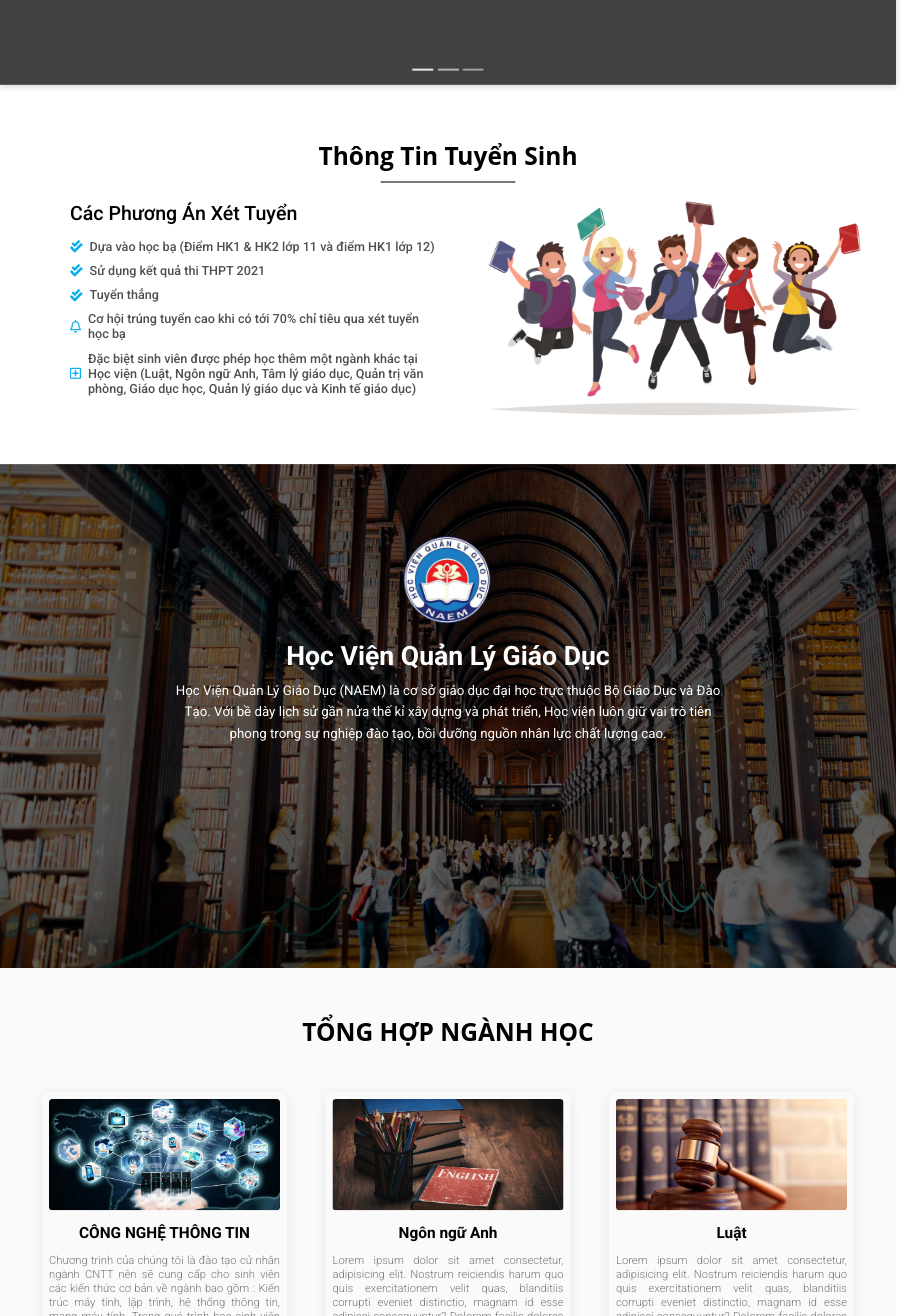
Repository: hongphuck1/trangweb1
Page: index.html
The author's editor kept a copy of each file at every save. The page is drawn from the files as they stood at one save, then again after the next save.
The browser window is 1280 px wide. The page is 1288 px wide, so the pictures cover 1288 px, including what lies to the right of the window. The pictures show the part of the page from y = 540 to 2420 px (the page is 4941 px tall), at 70% of full size.
Pictures or frames that could not be fetched are drawn as grey boxes.

Above is the page before, as saved 2021-09-07 09:55:21.

### index.html
<!DOCTYPE html>
<html lang="en">

<head>
  <meta charset="UTF-8" />
  <meta name="viewport" content="width=device-width, initial-scale=1, shrink-to-fit=no" />
  <meta http-equiv="x-ua-compatible" content="ie=edge" />
  <title>Material Design for Bootstrap</title>
  <!-- MDB icon -->
  <link rel="icon" href="img/SSS1.png" type="image/x-icon" />
  <!-- Font Awesome -->
  <link rel="stylesheet" href="https://use.fontawesome.com/releases/v5.15.2/css/all.css" />
  <!-- Google Fonts Roboto -->
  <link rel="stylesheet" href="https://fonts.googleapis.com/css2?family=Roboto:wght@300;400;500;700;900&display=swap" />
  <!-- MDB -->
  <link rel="stylesheet" href="css/style.css" />
  <link rel="stylesheet" href="css/base.css" />
  <link rel="stylesheet" href="css/grid.css" />
  <link rel="stylesheet" href="css/mdb.min.css" />
</head>

<body>
  <!-- Start your project here-->
  <div class="main">
    <!--Main Navigation-->
    <header>


      <!-- Navbar -->
      <nav class="navbar--opacity navbar navbar-expand-lg navbar-light fixed-top mask-custom shadow-0">
        <div class="container">

          <a class="navbar-brand nav-link" target="_blank" href="https://mdbootstrap.com/docs/standard/">
            <strong style="font-size: 2.2rem;">MRC</strong>
          </a>
          <button class="navbar-toggler navbar-toggler--opacity" type="button" data-mdb-toggle="collapse"
            data-mdb-target="#navbarSupportedContent" aria-controls="navbarSupportedContent" aria-expanded="false"
            aria-label="Toggle navigation">
            <i style="color: #ccc" class="fas fa-bars"></i>
          </button>
          <div class="collapse navbar-collapse" id="navbarSupportedContent">
            <ul class="navbar-nav me-auto mb-2 mb-lg-0">
              <li class="nav-item active">
                <a class="nav-link" aria-current="page" href="#intro">Giới thiệu</a>
              </li>
              <li class="nav-item">
                <a class="nav-link" href="https://www.facebook.com/MRC.NAEM" rel="nofollow" target="_blank">Hỏi đáp</a>
              </li>
              <li class="nav-item">
                <a class="nav-link" href="https://www.facebook.com/MRC.NAEM" target="_blank">Bài viết</a>
              </li>
              <li class="nav-item">
                <a class="nav-link" href="https://www.facebook.com/messages/t/101815085369835" target="_blank">Liên
                  hệ</a>
              </li>
            </ul>
            <ul class="navbar-nav list-inline">
              <!-- Icons -->
              <li class="">
                <a class="nav-link" href="https://www.youtube.com/channel/UCjl0s7v8m8V4IzuAS1fH-iA" rel="nofollow"
                  target="_blank">
                  <i class="fab fa-youtube"></i>
                </a>
              </li>
              <li class="">
                <a class="nav-link" href="https://www.facebook.com/MRC.NAEM" rel="nofollow" target="_blank">
                  <i class="fab fa-facebook-f"></i>
                </a>
              </li>
              <li class="nav-item">
                <a class="nav-link" href="https://www.tiktok.com/@mrcnaem" rel="nofollow" target="_blank">
                  <i class="fab fa-tiktok"></i>
                </a>
              </li>
              <li class="nav-item">
                <a class="nav-link" href="tel: 0349167687" rel="nofollow" target="_blank">
                  <i class="fas fa-envelope"></i>
                </a>
              </li>
            </ul>
          </div>
        </div>
      </nav>

      <!-- Carousel wrapper -->
      <div id="introCarousel" class="carousel slide carousel-fade shadow-2-strong" data-mdb-ride="carousel">
        <!-- Indicators -->
        <ol class="carousel-indicators">
          <li data-mdb-target="#introCarousel" data-mdb-slide-to="0" class="active"></li>
          <li data-mdb-target="#introCarousel" data-mdb-slide-to="1"></li>
          <li data-mdb-target="#introCarousel" data-mdb-slide-to="2"></li>
        </ol>

        <!-- Inner -->
        <div class="carousel-inner">
          <!-- Single item -->
          <div class="carousel-item active">
            <div class="mask" style="background-color: rgba(0, 0, 0, 0.6);">
              <div class="d-flex justify-content-center align-items-center h-100">
                <div class="text-white text-center">
                  <h1 style="font-size: 2.4rem;" class="mb-3">CLB TUYỂN SINH VÀ TRUYỀN THÔNG - MRC NAEM</h1>
                  <h5 style="font-size: 1.2rem;" class="mb-4">Hỗ trợ tư vấn - hướng nghiệp, trả lời những thắc mắc cho
                    học sinh và phụ huynh.</h5>

                  <a style="font-size: 1.8rem; " class="btn-DANGKI btn btn-outline-light btn-lg m-2"
                    href="https://www.facebook.com/MRC.NAEM" target="_blank" role="button">Đăng kí ngay</a>
                </div>
              </div>
            </div>
          </div>

          <!-- Single item -->
          <div class="carousel-item">
            <div class="mask" style="background-color: rgba(0, 0, 0, 0.3);">
              <div class="d-flex justify-content-center align-items-center h-100">
                <div class="text-white text-center">
                  <h1 style="font-size: 2.4rem;" class="mb-3">CLB TUYỂN SINH VÀ TRUYỀN THÔNG - MRC NAEM</h1>
                  <h5 style="font-size: 1.2rem;" class="mb-4">Hỗ trợ tư vấn - hướng nghiệp, trả lời những thắc mắc cho
                    học sinh và phụ huynh.</h5>

                  <a style="font-size: 1.8rem; " class="btn-DANGKI btn btn-outline-light btn-lg m-2"
                    href="https://www.facebook.com/MRC.NAEM" target="_blank" role="button">Đăng kí ngay</a>
                </div>
              </div>
            </div>
          </div>

          <!-- Single item -->
          <div class="carousel-item">
            <div class="mask" style="
                background: linear-gradient(
                  45deg,
                  rgba(29, 236, 197, 0.7),
                  rgba(91, 14, 214, 0.7) 100%
                );
              ">
              <div class="d-flex justify-content-center align-items-center h-100">
                <div class="text-white text-center">
                  <h1 style="font-size: 2.4rem;" class="mb-3">CLB TUYỂN SINH VÀ TRUYỀN THÔNG - MRC NAEM</h1>
                  <h5 style="font-size: 1.2rem;" class="mb-4">Hỗ trợ tư vấn - hướng nghiệp, trả lời những thắc mắc cho
                    học sinh và phụ huynh.</h5>

                  <a style="font-size: 1.8rem; " class="btn-DANGKI btn btn-outline-light btn-lg m-2"
                    href="https://www.facebook.com/MRC.NAEM" target="_blank" role="button">Đăng kí ngay</a>
                </div>
              </div>
            </div>
          </div>
        </div>
        <!-- Inner -->

        <!-- Controls -->
        <a class="carousel-control-prev" href="#introCarousel" role="button" data-mdb-slide="prev">
          <span class="carousel-control-prev-icon" aria-hidden="true"></span>
          <span class="sr-only">Previous</span>
        </a>
        <a class="carousel-control-next" href="#introCarousel" role="button" data-mdb-slide="next">
          <span class="carousel-control-next-icon" aria-hidden="true"></span>
          <span class="sr-only">Next</span>
        </a>
      </div>
      <!-- Carousel wrapper -->
    </header>


    <section>
      <div class="container-body">
        <div class="container-body-name">
          <h1>Thông Tin Tuyển Sinh</h1>
        </div>

        <div class="row">
          <div class="col l-6">
            <div class="container-body-content">
              <h2 class="container-body-content__name">Các Phương Án Xét Tuyển</h2>
              <div class="container-body-content-attention">
                <i class="fas fa-check-double"></i>
                <h4>Dựa vào học bạ (Điểm HK1 & HK2 lớp 11 và điểm HK1 lớp 12)</h4>
              </div>
              <div class="container-body-content-attention">
                <i class="fas fa-check-double"></i>
                <h4>Sử dụng kết quả thi THPT 2021</h4>
              </div>
              <div class="container-body-content-attention">
                <i class="fas fa-check-double"></i>

                <h4>Tuyển thẳng</h4>
              </div>
              <div class="container-body-content-attention">
                <i class="far fa-bell"></i>
                <h4>Cơ hội trúng tuyển cao khi có tới 70% chỉ tiêu qua xét tuyển học bạ</h4>
              </div>
              <div class="container-body-content-attention">
                <i class="far fa-plus-square"></i>
                <h4>Đặc biệt sinh viên được phép học thêm một ngành khác tại Học viện (Luật, Ngôn ngữ Anh, Tâm lý giáo
                  dục, Quản trị văn phòng, Giáo dục học, Quản lý giáo dục và Kinh tế giáo dục)</h4>
              </div>
            </div>
          </div>
          <div class="col l-6">
            <div class="container-body-img">
              <img src="img/klipartz.com_-1024x586.png" alt="">
            </div>
          </div>
        </div>


      </div>

      <div class="container-body-review">
        <div class="grid wide">
          <div class="row">
            <div class="col l-12">
              <img src="img/1-1.png" alt="">
              <div class="container-body-review__name">
                Học Viện Quản Lý Giáo Dục
              </div>
              <div class="container-body-review__title">
                Học Viện Quản Lý Giáo Dục (NAEM) là cơ sở giáo dục đại học trực thuộc Bộ Giáo Dục và Đào Tạo. Với bề dày
                lịch sử gần nửa thế kỉ xây dựng và phát triển, Học viện luôn giữ vai trò tiên phong trong sự nghiệp đào
                tạo, bồi dưỡng nguồn nhân lực chất lượng cao.
              </div>
            </div>
          </div>
        </div>
      </div>

      <div class="container-body-subjects">
        <h1>TỔNG HỢP NGÀNH HỌC</h1>

        <div class="grid wide">
          <div class="row">
            <div class="col l-4">
              <div class="container-body-subject">
                <img src="img/congnghethongtin.png" alt="">
                <h2>CÔNG NGHỆ THÔNG TIN</h2>
                <h4>Chương trình của chúng tôi  là đào tạo cử nhân ngành CNTT nên sẽ cung cấp cho sinh viên các kiến thức cơ bản về ngành bao gồm : Kiến trúc máy tính, lập trình, hệ thống thông tin, mạng máy tính. Trong quá trình học sinh viên sẽ được định hướng và học chuyên sâu theo các ngành hẹp: Khoa học máy tính; hệ thống thông tin; mạng và truyền thông.
                  Đây là những kiến thức cốt lõi và là cơ sở cho các chuyên ngành hẹp sau này.</h4>
              </div>
            </div>
            <div class="col l-4">
              <div class="container-body-subject">
                <img src="img/ngonguanh.png" alt="">
                <h2>Ngôn ngữ Anh</h2>
                <h4>Lorem ipsum dolor sit amet consectetur, adipisicing elit. Nostrum reiciendis harum quo quis
                  exercitationem velit quas, blanditiis corrupti eveniet distinctio, magnam id esse adipisci
                  consequuntur? Dolorem facilis dolores voluptates cumque?</h4>
              </div>
            </div>
            <div class="col l-4">
              <div class="container-body-subject">
                <img src="img/luat.png" alt="">
                <h2>Luật</h2>
                <h4>Lorem ipsum dolor sit amet consectetur, adipisicing elit. Nostrum reiciendis harum quo quis
                  exercitationem velit quas, blanditiis corrupti eveniet distinctio, magnam id esse adipisci
                  consequuntur? Dolorem facilis dolores voluptates cumque?</h4>
              </div>
            </div>

          </div>
          <div class="row">
            <div class="col l-4">
              <div class="container-body-subject">
                <img src="img/quantrivanphong.png" alt="">
                <h2>Quản trị văn phòng</h2>
                <h4>Lorem ipsum dolor sit amet consectetur, adipisicing elit. Nostrum reiciendis harum quo quis
                  exercitationem velit quas, blanditiis corrupti eveniet distinctio, magnam id esse adipisci
                  consequuntur? Dolorem facilis dolores voluptates cumque?</h4>
              </div>
            </div>
            <div class="col l-4">
              <div class="container-body-subject">
                <img src="img/kinhtegiaoduc.png" alt="">
                <h2>Kinh tế giáo dục</h2>
                <h4>Lorem ipsum dolor sit amet consectetur, adipisicing elit. Nostrum reiciendis harum quo quis
                  exercitationem velit quas, blanditiis corrupti eveniet distinctio, magnam id esse adipisci
                  consequuntur? Dolorem facilis dolores voluptates cumque?</h4>
              </div>
            </div>
            <div class="col l-4">
              <div class="container-body-subject">
                <img src="img/quanlygiaoduc.png" alt="">
                <h2>
                  Quản lý giáo dục</h2>
                <h4>Lorem ipsum dolor sit amet consectetur, adipisicing elit. Nostrum reiciendis harum quo quis
                  exercitationem velit quas, blanditiis corrupti eveniet distinctio, magnam id esse adipisci
                  consequuntur? Dolorem facilis dolores voluptates cumque?</h4>
              </div>
            </div>

          </div>
          <div class="row">
            <div class="col l-4">
              <div class="container-body-subject">
                <img src="img/tamlyhocgiaoduc.png" alt="">
                <h2>Tâm lý học giáo dục</h2>
                <h4>Lorem ipsum dolor sit amet consectetur, adipisicing elit. Nostrum reiciendis harum quo quis
                  exercitationem velit quas, blanditiis corrupti eveniet distinctio, magnam id esse adipisci
                  consequuntur? Dolorem facilis dolores voluptates cumque?</h4>
              </div>
            </div>
            <div class="col l-4">
              <div class="container-body-subject">
                <img src="img/giaoduchoc.png" alt="">
                <h2>Giáo dục học</h2>
                <h4>Lorem ipsum dolor sit amet consectetur, adipisicing elit. Nostrum reiciendis harum quo quis
                  exercitationem velit quas, blanditiis corrupti eveniet distinctio, magnam id esse adipisci
                  consequuntur? Dolorem facilis dolores voluptates cumque?</h4>
              </div>
            </div>
            <div class="col l-4">
              <div class="container-body-subject">
                <img src="img/kinhte.png" alt="">
                <h2>Kinh tế</h2>
                <h4>Lorem ipsum dolor sit amet consectetur, adipisicing elit. Nostrum reiciendis harum quo quis
                  exercitationem velit quas, blanditiis corrupti eveniet distinctio, magnam id esse adipisci
                  consequuntur? Dolorem facilis dolores voluptates cumque?</h4>
              </div>
            </div>

          </div>
        </div>

    </section>

  </div>
  <!--Main Navigation-->
  <!-- End your project here-->

  <!-- MDB -->
  <script type="text/javascript" src="js/mdb.min.js"></script>
  <!-- Custom scripts -->
  <script type="text/javascript"></script>
</body>

</html>

### css/style.css

.main {

    height: 1000px;
}

/* Carousel styling */
#introCarousel,
.carousel-inner,
.carousel-item,
.carousel-item.active {
  height: 100vh;
}

.carousel-item:nth-child(1) {
  background-image: url('https://mdbootstrap.com/img/Photos/Others/images/76.jpg');
  background-repeat: no-repeat;
  background-size: cover;
  background-position: center center;
}

.carousel-item:nth-child(2) {
  background-image: url('https://mdbootstrap.com/img/Photos/Others/images/77.jpg');
  background-repeat: no-repeat;
  background-size: cover;
  background-position: center center;
}

.carousel-item:nth-child(3) {
  background-image: url('https://mdbootstrap.com/img/Photos/Others/images/78.jpg');
  background-repeat: no-repeat;
  background-size: cover;
  background-position: center center;
}

/* Height for devices larger than 576px */
@media (min-width: 992px) {
  #introCarousel {
    margin-top: -58.59px;
  }
}

.navbar .nav-link {
  color: #fff !important;
}



/* trèn đè css boottraps */

.nav-link {
  /* padding: 1.2rem 1rem !important; */
  font-size: 1.6rem;
  padding-right: 20px !important;
}

.nav-link:hover {
  /* padding: 1.2rem 1rem !important; */
  color: yellow !important;
  transition: color 0.5s ;
}


.btn-DANGKI:hover {
  color: yellow !important;
  border: 1px solid yellow !important;
  transition: 0.5s ;
}

.navbar-dark .navbar-toggler, .navbar-light .navbar-toggler {
  display: block;
}

.navbar--opacity {
  background-color: rgba(1,1,1,0.2);
}


@media only screen and (max-width: 600px) {
 .text-center h1 {
    font-size: 2.7rem !important;
    padding: 20px 0;
  }
  .carousel-control-next, .carousel-control-prev{
    display: none !important;
  }
  .text-center h5{
    padding: 0 20px;
    line-height: 1.9rem !important;
    font-size: 1.4rem !important;
  }
}


@import url('https://fonts.googleapis.com/css2?family=Poppins:wght@300;400;600;700&display=swap');
  :root {
    --primary: #08aeea;
    --secondary: #13D2B8;
    --purple: #bd93f9;
    --pink: #ff6bcb;
    --blue: #8be9fd;
    --gray: #333;
    --font: "Poppins", sans-serif;
    --gradient: linear-gradient(40deg, #ff6ec4, #7873f5);
    --shadow: 0 0 15px 0 rgba(0,0,0,0.05);
  }
  *,
  *:before,
  *:after {
    box-sizing: border-box;
  }
  html {
    font-size: 62.5%;
  }

  body {
    font-family: var(--font);
    font-size: 1.4rem;
    overflow-x: hidden;
    font-weight: 300;
  }

  img {
    display: block;
    max-width: 100%;
  }

  a {
    text-decoration: none;
  }

  input,
  button,
  textarea,
  select {
    font-family: var(--font);
    font-size: 1.4rem;
    font-weight: 300;
    outline: none;
    border: 0;
    margin: 0;
    padding: 0;
    border-radius: 0;
    -webkit-appearance: none;
  }

  button {
    cursor: pointer;
  }

          .simple-card {
            background-color: white;
            border-radius: 2rem;
            padding: 1.5rem;
            box-shadow: var(--shadow);
          }
          .simple-card-image {
            position: relative;
            height: 0;
            padding-bottom: 56.25%;
          }
          .simple-card-image > img {
            position: absolute;
            top: 0;
            left: 0;
            width: 100%;
            height: 100%;
            object-fit: cover;
            border-radius: 1rem;
          }
          .simple-card-content {
            padding: 3rem 1rem;
          }
          .simple-card-title {
            font-weight: 500;
            font-size: 2rem;
            line-height: 1.6;
            margin-bottom: 1.5rem;
            color: #2b2b2b;
          }
          .simple-card-desc {
            color: #c7cbdc;
            font-weight: 300;
            line-height: 1.6;
            font-size: 1.4rem;
            margin-bottom: 3rem;
          }
          .simple-card-line {
            width: 30%;
            height: 2px;
            margin-left: auto;
            background-color: var(--primary);
          }

          .container-body{
            padding-top: 40px;
            padding-bottom: 70px;
          }
          .container-body-name{
            text-align: center;
            padding: 40px 0 ;
          }
          .container-body-name h1{
            color: #000000;
            font-family: "Open Sans", Sans-serif;
            font-size: 35px;
            font-weight: 700;
            text-transform: capitalize;
            position: relative;
          }

          .container-body-name h1::after {
            content: "";
            display: block;
            position: absolute;
            width: 15%;
            border: 1px solid rgba(1,1,1,0.75);
            left: 50%;
            transform: translateX(-50%);
            bottom: -18px;
          }

          .container-body-content{
           padding-left: 100px;
          }
          .container-body-content__name{
           font-size: 2.8rem;
           color: #000000;
           padding-bottom: 10px;
          }
          .container-body-content-attention{
          display: flex;
          align-items: center;
          padding: 4px 0;
          }
          .container-body-content-attention i{
            transform: translateY(-15%);
            padding-right: 10px;
            font-size: 1.8rem;
            color: var(--primary);
          }
          .container-body-content-attention h4{
            font-size: 1.8rem;
          }

          .container-body-img{
          padding: 0 50px ;
          }

.container-body-review {
  background-image: url(../img/Thiết\ kế\ không\ tên.png);
  background-repeat: no-repeat;
  background-size: cover;
  height: 100vh;
}

.container-body-review img {
  width: 150px;
  margin: auto;
  padding-top: 90px;
}


.container-body-review__name, .container-body-review__title {
  text-align: center;
  color: white;
padding-top: 20px;
}

.container-body-review__name {
  font-size: 3.8rem;
  padding: 4px 0;
  font-weight: 600;
}

.container-body-review__title {
  font-size: 1.9rem;
  padding: 0 200px;
}



/* TỔNG HỢP NGÀNH HỌC */

.container-body-subjects{
  padding: 70px 0;
  background-color: #fafafa;
}

.container-body-subjects h1 {
  text-align: center;
  padding-bottom: 40px;
  color: rgb(0, 0, 0);
    font-family: "Open Sans", sans-serif;
    font-size: 35px;
    font-weight: 700;
    text-transform: capitalize;
}

.container-body-subject {
  /* background-color: #c2c9dd; */
  text-align: center;
  color: #000000;
  margin: 20px;
  box-shadow: rgb(215 215 215 / 50%) 0px 4px 16px;
  border-radius: 8px;
  cursor: pointer;
}

.container-body-subject img {
  width: 100%;
  padding: 10px;
  border-radius: 15px;

}

.container-body-subject h2{
  padding: 10px 0;
  font-weight: 600;
  font-size: 2.2rem;
}

.container-body-subject h4{
  padding:  0 10px 30px;
  line-height: 2.0rem;
  text-align: justify;
  font-weight: 300;
  font-size: 1.6rem;
  color: #777;

}

### css/base.css
:root {
    --white-color: #fff;
    --black-color: #000;
    --text-color: rgb(110, 109, 109);
    --primary-color: #6EC1E4;
    --primary-color-sub: #fd3f00;
    --border-color: #dbdbdb;

    --header: 109px;
    --header-top: 36px;
    --navbar-height: 27px;
    --header-with-search-height: calc(var(--header-height) - var(--navbar-height));
    --header-sort-bar-height: 46px;
}


* {
    margin: 0;
    padding: 0;
    box-sizing: border-box;

}
.no-copy__text {
    user-select: none;
}
html {
    font-size: 62.5%;
    line-height: 1.6rem;
    font-family: 'Roboto', sans-serif;

    /* user-select: none;   không cho copy text */
}

body {
    height: 5000px;
}
@media only screen and  (max-width: 1000px) and (min-width: 700px) {
    html {
    }
}

Loaded but not shown: css/mdb.min.css (library); js/mdb.min.js (library); css/grid.css (590 lines, source omitted)

After the next save:
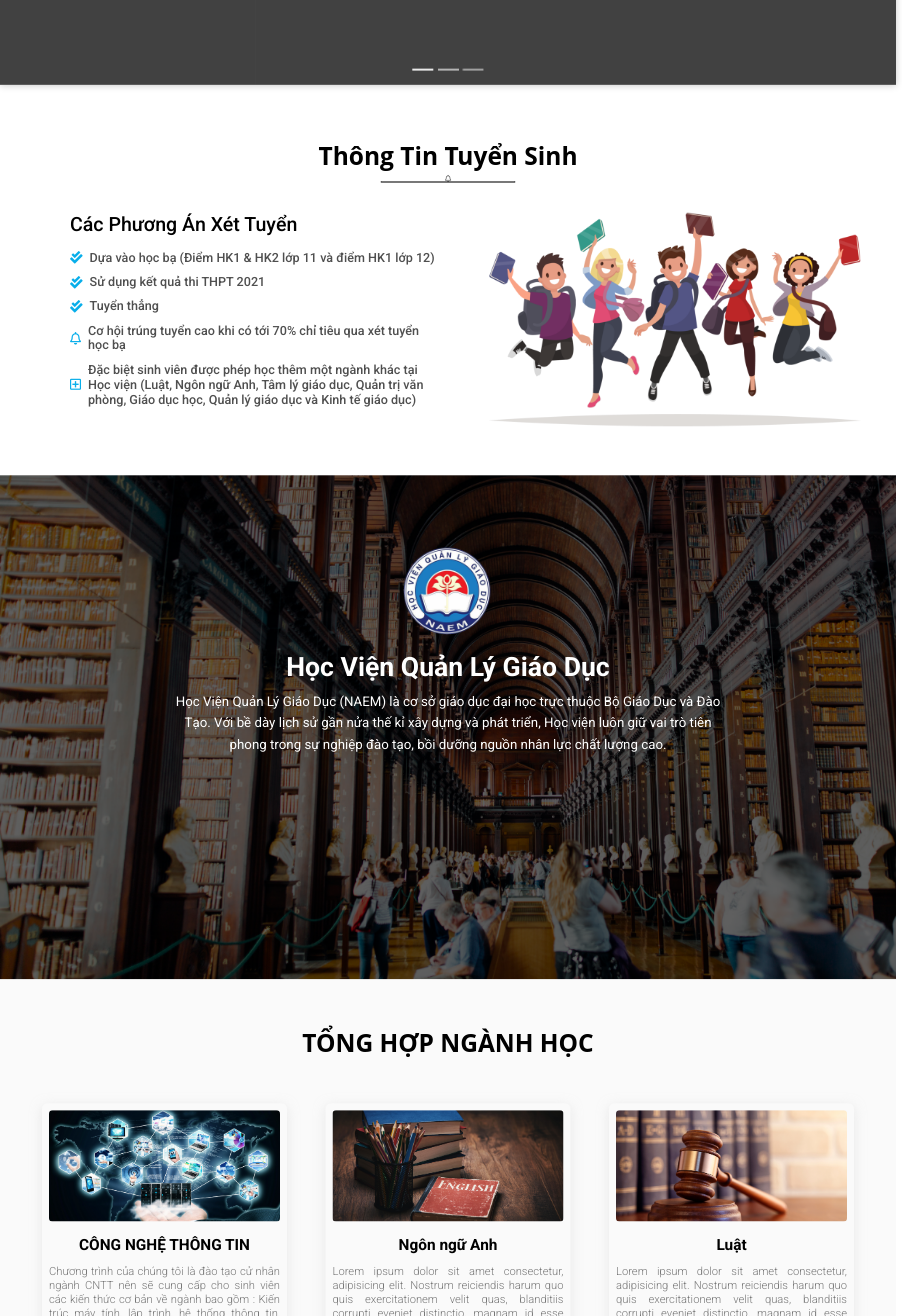
Saved 91 s later.
--- a/index.html
+++ b/index.html
@@ -167,6 +167,7 @@
       <div class="container-body">
         <div class="container-body-name">
           <h1>Thông Tin Tuyển Sinh</h1>
+          <i class="far fa-bell"></i>
         </div>
 
         <div class="row">
